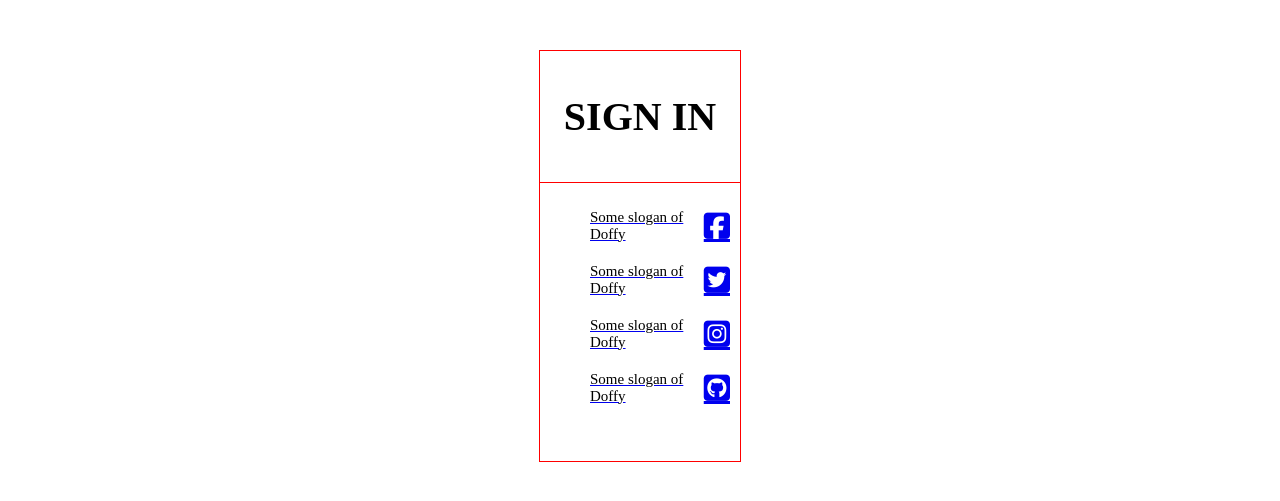
Repository: 16-Doffy/FE-UI
Page: SignUp_UI/index.html
These files come from the project's save history. The page is drawn as it stood at one moment and after the next save; the edit follows.
The browser window is 1280 px wide. The pictures show the whole page.

Above is the page before, as saved 2024-12-23 18:38:39.

### SignUp_UI/index.html
<!DOCTYPE html>
<html lang="en">
<head>
    <meta charset="UTF-8">
    <meta name="viewport" content="width=device-width, initial-scale=1.0">
    <link rel="stylesheet" href="styles.css">
    <link href="https://cdnjs.cloudflare.com/ajax/libs/font-awesome/6.5.1/css/all.min.css" rel="stylesheet">
    <title>Sign-In</title>
</head>
<body>
    <div class="share">
        <div class="top">
            <h1>Sign In</h1>
        </div>
        <div class="content">
            <ul>
                <li>
                    <a href="#">
                    <span>Some slogan of Doffy</span>
                    <i class="fab fa-facebook-square"></i>
                    </a>
                </li>
                <li>
                    <a href="#">
                    <span>Some slogan of Doffy</span>
                    <i class="fab fa-twitter-square"></i>
                    </a>
                </li>
                <li >
                    <a href="#">
                    <span>Some slogan of Doffy</span>
                    <i class="fab fa-instagram-square" ></i>
                    </a>
                </li>
                <li>
                    <a href="#">
                    <span>Some slogan of Doffy</span>
                    <i class="fab fa-github-square"></i>
                    </a>
                </li>
            </ul>
        </div>
        <div class="bottom">
            <a href="#"></a>
        </div>
    </div>
</body>
</html>

### SignUp_UI/styles.css
.content li{
    list-style: none;
}
.share{
    width:200px;
    border: 1px solid red;
    margin: 50px auto;
}
.top{
    border-bottom: 1px solid red;
    padding: 15px;
    text-align: center;
    font-size: 20px;
    color: black;
    text-transform: uppercase;
}
.bottom a{
    display: block;
    text-align: center;
    font-size: 16px;
    color: aliceblue;
    text-transform: uppercase;
    padding: 15px;
}
.content ul {
    display: flex;
    flex-flow: row wrap;
}
.content ul li a{
    padding: 10px;
    display: flex;
    align-items: center;
    justify-content: center;
    position: relative;
}
.content ul li i{
    font-size: 30px;
}
.content ul li span {
    list-style: none;
    position: relative;
    font-size: 15px;
    color: black;
}

After the next save:
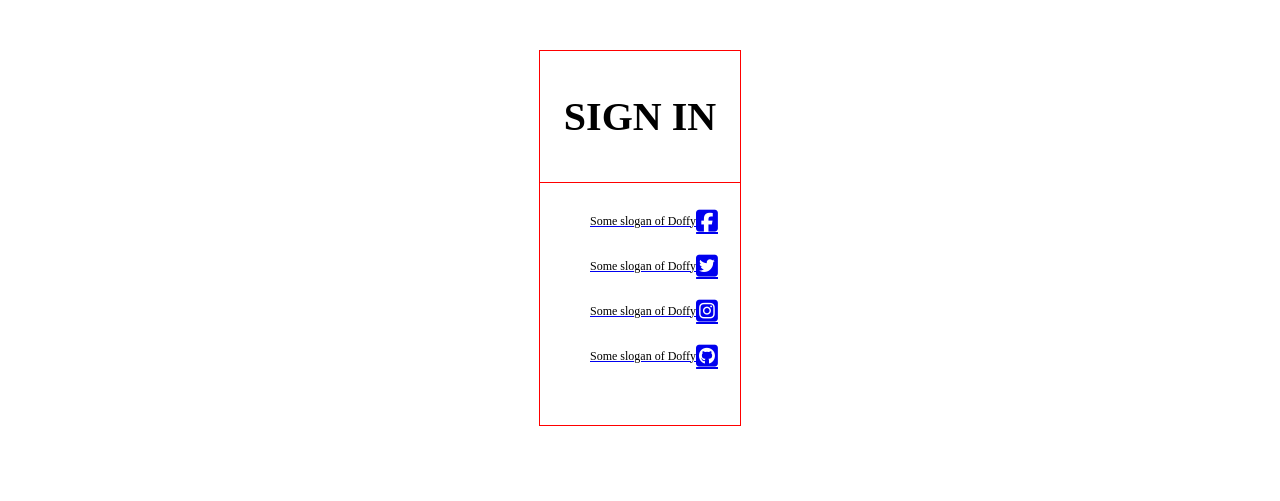
Saved 20 s later.
--- a/SignUp_UI/styles.css
+++ b/SignUp_UI/styles.css
@@ -34,11 +34,11 @@
     position: relative;
 }
 .content ul li i{
-    font-size: 30px;
+    font-size: 25px;
 }
 .content ul li span {
     list-style: none;
     position: relative;
-    font-size: 15px;
+    font-size: 12px;
     color: black;
 }
